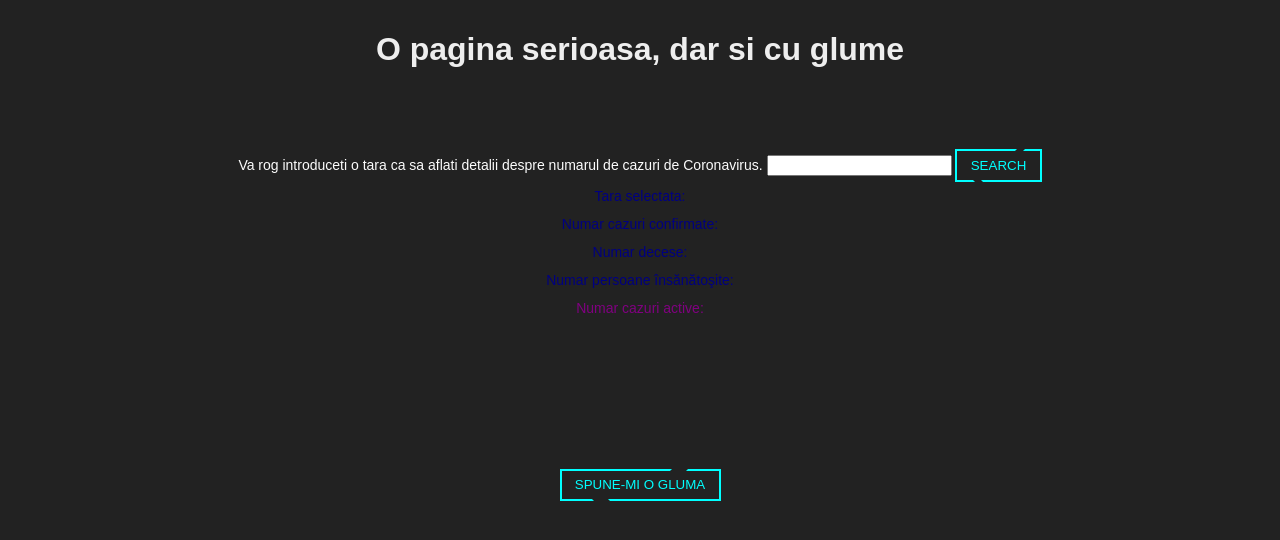
Repository: vladturturica97/proiect-cc2
Page: server/frontend/index.html
The author's editor kept a record of every edit. The page is drawn from the files as they stood at one moment, then again after the next edit.
The browser window is 1280 px wide. The pictures show the whole page.

Above is the page before.

After the next edit:
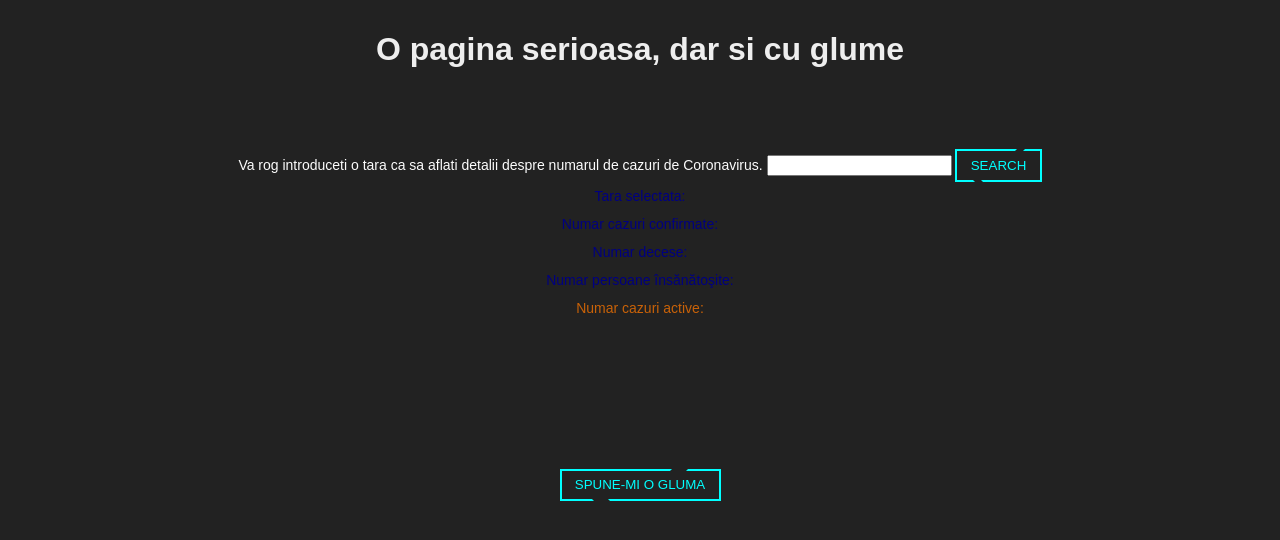
The edit:
--- a/server/frontend/index.html
+++ b/server/frontend/index.html
@@ -196,7 +196,7 @@
         <label id="deaths" class="underlined-a">  </label><br>
         <label style="color:#000080"> Numar persoane însănătoşite: </label>
         <label id="recovered" class="underlined-a">  </label><br>
-        <label style="color:purple"> Numar cazuri active: </label>
+        <label style="color:#c96208"> Numar cazuri active: </label>
         <label id="active" class="underlined-a" >  </label><br><br><br><br><br>
     </p>
 
